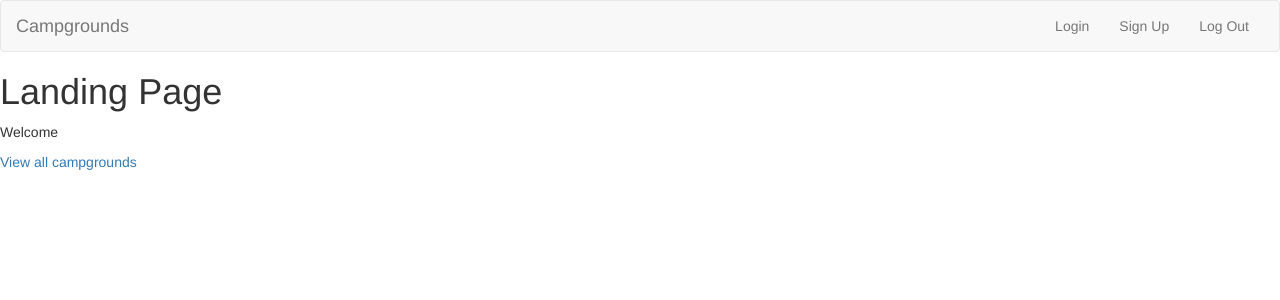
Repository: pichu0528/Web-Development
Page: http://localhost/
The author's editor kept a record of every edit. The page is drawn from the files as they stood at one moment, then again after the next edit.
The browser window is 1280 px wide. The pictures show the whole page.
The page is served by the project's Node server (YelpCamp/v6/app.js).

Above is the page before.
Console error (its wording comes from the project's code and is left out).

After the next edit:
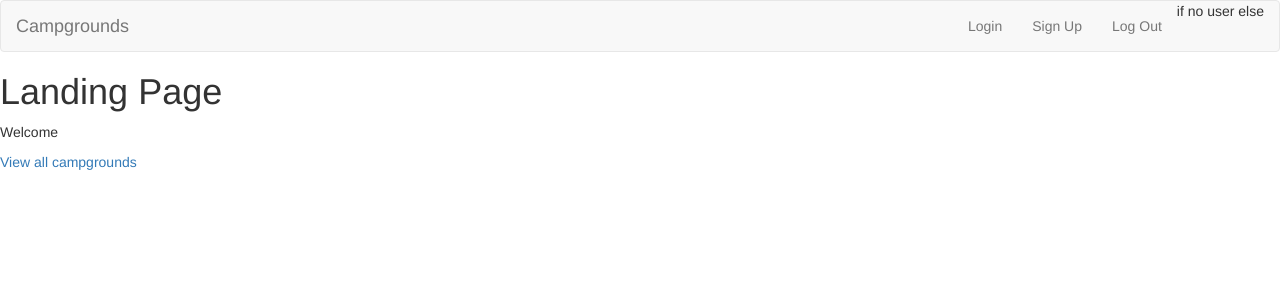
The edit:
--- a/YelpCamp/v6/views/partials/header.ejs
+++ b/YelpCamp/v6/views/partials/header.ejs
@@ -14,8 +14,10 @@
                 </div>
                 <div class="collapse navbar-collapse">
                     <ul class="nav navbar-nav navbar-right">
-                        <li><a href="/login">Login</a></li>
-                        <li><a href="/register">Sign Up</a></li>
+                        if no user
+                            <li><a href="/login">Login</a></li>
+                            <li><a href="/register">Sign Up</a></li>
+                        else
                         <li><a href="/logout">Log Out</a></li>
                     </ul>
                 </div>
